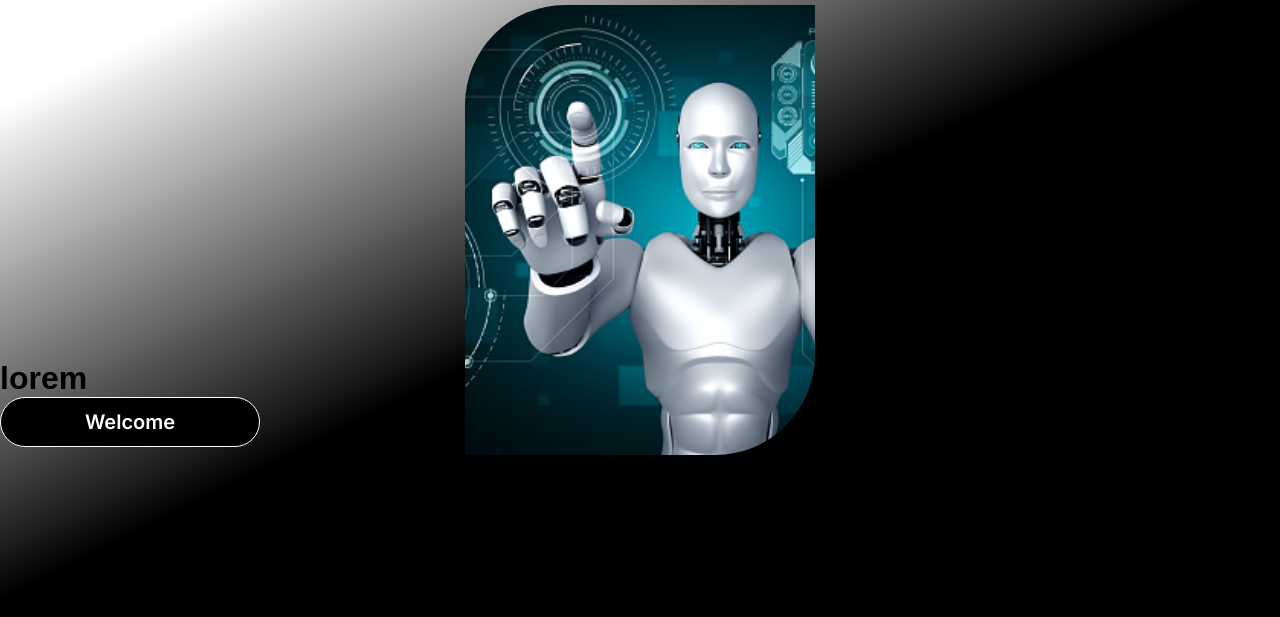
Repository: Cherced/virtualassistant
Page: /WelcomeS
The author's editor kept a copy of each file at every save. The page is drawn from the files as they stood at one save, then again after the next save.
The browser window is 1280 px wide. The pictures show the whole page.
The project was rebuilt for these pictures with package versions that can differ from the ones it lists, and the page was loaded fresh each time. The framework's server and built-in components were replaced by stand-ins that run in the browser.

Above is the page before, as saved 2022-07-15 13:34:27.

After the next save:
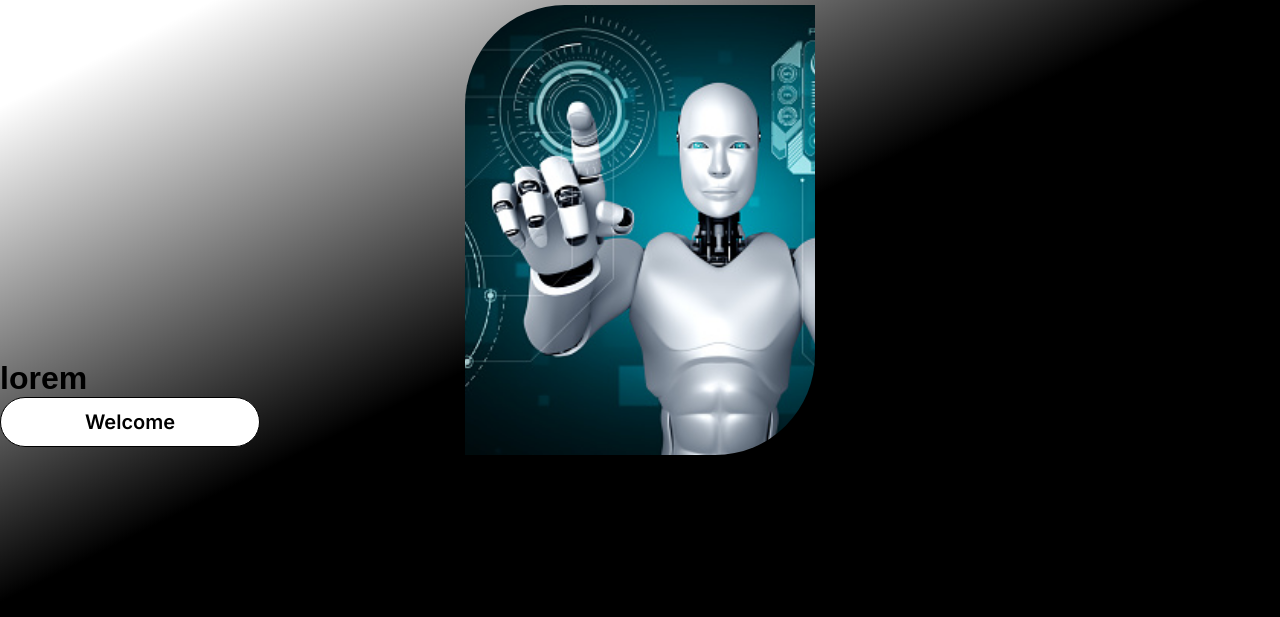
Saved 47 s later.
--- a/pages/WelcomeS.jsx
+++ b/pages/WelcomeS.jsx
@@ -13,7 +13,7 @@ const WelcomeS = () => {
         </h1>
       </main>
       <footer className="WelcomeS__footer">
-          <BasicButton type="button" color="black" title="Welcome" aria="Welcome Button" />
+          <BasicButton type="button" color="white" title="Welcome" aria="Welcome Button" />
       </footer>
     </div>
   )
